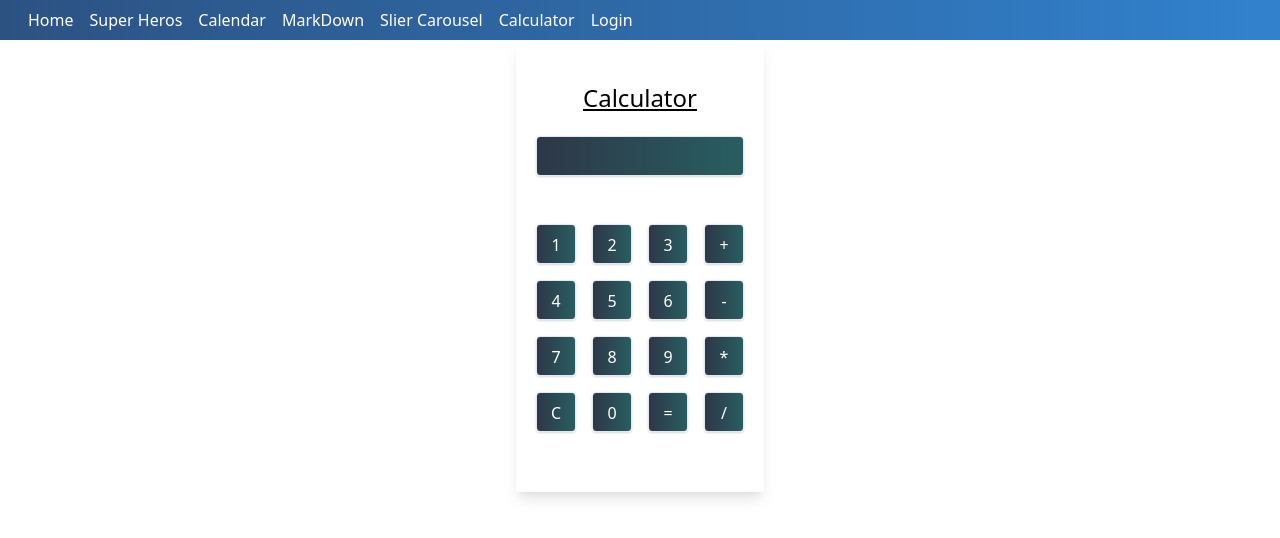
Repository: kshvkndl/VueFullCoursePractice
Page: /calculator
An editor plug-in stored every save of this project. The page is shown before and after the next save, followed by the edit.
The browser window is 1280 px wide. The pictures show the whole page.
The project was rebuilt for these pictures with package versions that can differ from the ones it lists, and the page was loaded fresh each time. Also part of the build but not shown: src/components/login/GoogleLogin.vue, src/components/LoginModal.vue, src/pages/SuperHeros.vue, src/pages/Calender.vue, src/pages/Home.vue, src/utilities/mixins/debounce.js, src/pages/MarkDown.vue, src/pages/Slider.vue.

Above is the page before, as saved 2020-11-24 17:21:31.

### src/main.js
import { createApp } from 'vue'
import App from './App.vue'
import './assets/style.css'
import router from './router'

const app = createApp(App);
app.use(router);
app.mount('#app');

### src/App.vue
<template>
  <AppHeader
    :isLoggedIn="isLoggedIn"
    @open-login-modal="isLoginOpen = true"
  ></AppHeader>
  <div class="w-full flex">
    <router-view></router-view>
  </div>
  <LoginModal
    v-if="isLoginOpen"
    @close-login-modal="isLoginOpen = false"
  ></LoginModal>
  <calculator></calculator>
</template>

<script>
import AppHeader from "@/components/AppHeader";
import LoginModal from "@/components/LoginModal";
import firebase from "@/utilities/firebase";

export default {
  data() {
    return {
      isLoginOpen: false,
      isLoggedIn: false,
      authUser: {},
    };
  },
  mounted() {
    firebase.auth().onAuthStateChanged((user) => {
      if (user) {
        // User is signed in, see docs for a list of available properties
        // https://firebase.google.com/docs/reference/js/firebase.User
        this.isLoggedIn = true;
        this.authUser = user;
        // ...
      } else {
        // User is signed out
        // ...
        this.isLoggedIn = false;
        this.authUser = {};
      }
    });
  },
  components: { AppHeader, LoginModal },
};
</script>

### src/router.js
import { createRouter, createWebHistory } from 'vue-router';
import SuperHeros from '@/pages/SuperHeros'
import Calender from '@/pages/Calender'
import Home from '@/pages/Home'
import MarkDown from '@/pages/MarkDown'
import Slider from '@/pages/Slider'
import Calculator from '@/pages/Calculator'


const routes = [
    { path: '/', component: Home },
    { path: '/super-heros', component: SuperHeros },
    { path: '/calendar', component: Calender },
    { path: '/markdown', component: MarkDown },
    { path: '/slider', component: Slider },
    { path: '/calculator', component: Calculator },
]

const router = createRouter({
    history: createWebHistory(),
    routes,
});
export default router;

### src/components/AppHeader.vue
<template>
  <nav
    class="w-full bg-gradient-to-r from-blue-800 to-blue-600 text-white px-5 py-2"
  >
    <router-link
      class="mx-2"
      v-for="item in list"
      :key="item.to"
      :to="item.to"
      >{{ item.title }}</router-link
    >
    <button v-if="isLoggedIn" class="mx-2" @click="logout">Logout</button>
    <button class="mx-2" v-else @click="$emit('open-login-modal')">
      Login
    </button>
  </nav>
</template>


<script>
import firebase from "@/utilities/firebase";

export default {
  props: { isLoggedIn: Boolean },
  data() {
    return {
      list: [
        { title: "Home", to: "/" },
        { title: "Super Heros", to: "/super-heros" },
        { title: "Calendar", to: "/calendar" },
        { title: "MarkDown", to: "/markdown" },
        { title: "Slier Carousel", to: "/slider" },
        { title: "Calculator", to: "/calculator" },
      ],
    };
  },

  methods: {
    logout() {
      firebase.auth().signOut();
      // .then((res) => {})
      // .catch((e) => {});
    },
  },
};
</script>

### src/utilities/firebase.js
import firebase from "firebase/app";
import "firebase/auth";

//Initialize Firebase in your app:
const firebaseConfig = {
    apiKey: "AIzaSyDjvIW3oj4Y3b7An_zw7nLTcy3s7ri5iV8",
    authDomain: "vue3-10hr-course.firebaseapp.com",
    databaseURL: "https://vue3-10hr-course.firebaseio.com",
    projectId: "vue3-10hr-course",
    storageBucket: "vue3-10hr-course.appspot.com",
    messagingSenderId: "142849199726",
    appId: "1:142849199726:web:1e3863fc8388efd1ade07f"
};

// Initialize Firebase
firebase.initializeApp(firebaseConfig);

export default firebase;

### src/pages/Calculator.vue
<template>
  <section class="flex w-full">
    <div class="m-auto shadow-lg p-5">
      <h1 class="text-2xl text-center mt-5"><u>Calculator</u></h1>
      <p
        class="text-2xl text-right mt-5 mb-2 border rounded shadow w-45 h-10 p-1 overflow-x-hidden text-white bg-gradient-to-r from-gray-800 to-teal-800"
        style="direction: rtl"
      >
        {{ currentNum }}
      </p>

      <div class="h-10">
        <small> {{ prevNum }} {{ selectedOperation }} {{ currentNum }} </small>
      </div>

      <div class="mb-10 grid grid-cols-4 gap-4">
        <button
          @click="buttonPressed('1')"
          class="p-2 border shadow w-10 h-10 rounded text-white bg-gradient-to-r from-gray-800 to-teal-800"
        >
          1
        </button>
        <button
          @click="buttonPressed('2')"
          class="p-2 border shadow w-10 h-10 rounded text-white bg-gradient-to-r from-gray-800 to-teal-800"
        >
          2
        </button>
        <button
          @click="buttonPressed('3')"
          class="p-2 border shadow w-10 h-10 rounded text-white bg-gradient-to-r from-gray-800 to-teal-800"
        >
          3
        </button>
        <button
          @click="buttonPressed('+')"
          class="p-2 border shadow w-10 h-10 rounded text-white bg-gradient-to-r from-gray-800 to-teal-800"
        >
          +
        </button>
        <button
          @click="buttonPressed('4')"
          class="p-2 border shadow w-10 h-10 rounded text-white bg-gradient-to-r from-gray-800 to-teal-800"
        >
          4
        </button>
        <button
          @click="buttonPressed('5')"
          class="p-2 border shadow w-10 h-10 rounded text-white bg-gradient-to-r from-gray-800 to-teal-800"
        >
          5
        </button>
        <button
          @click="buttonPressed('6')"
          class="p-2 border shadow w-10 h-10 rounded text-white bg-gradient-to-r from-gray-800 to-teal-800"
        >
          6
        </button>
        <button
          @click="buttonPressed('-')"
          class="p-2 border shadow w-10 h-10 rounded text-white bg-gradient-to-r from-gray-800 to-teal-800"
        >
          -
        </button>
        <button
          @click="buttonPressed('7')"
          class="p-2 border shadow w-10 h-10 rounded text-white bg-gradient-to-r from-gray-800 to-teal-800"
        >
          7
        </button>
        <button
          @click="buttonPressed('8')"
          class="p-2 border shadow w-10 h-10 rounded text-white bg-gradient-to-r from-gray-800 to-teal-800"
        >
          8
        </button>
        <button
          @click="buttonPressed('9')"
          class="p-2 border shadow w-10 h-10 rounded text-white bg-gradient-to-r from-gray-800 to-teal-800"
        >
          9
        </button>
        <button
          @click="buttonPressed('*')"
          class="p-2 border shadow w-10 h-10 rounded text-white bg-gradient-to-r from-gray-800 to-teal-800"
        >
          *
        </button>
        <button
          @click="buttonPressed('c')"
          class="p-2 border shadow w-10 h-10 rounded text-white bg-gradient-to-r from-gray-800 to-teal-800"
        >
          C
        </button>
        <button
          @click="buttonPressed('0')"
          class="p-2 border shadow w-10 h-10 rounded text-white bg-gradient-to-r from-gray-800 to-teal-800"
        >
          0
        </button>
        <button
          @click="buttonPressed('=')"
          class="p-2 border shadow w-10 h-10 rounded text-white bg-gradient-to-r from-gray-800 to-teal-800"
        >
          =
        </button>
        <button
          @click="buttonPressed('/')"
          class="p-2 border shadow w-10 h-10 rounded text-white bg-gradient-to-r from-gray-800 to-teal-800"
        >
          /
        </button>
      </div>
    </div>
  </section>
</template>

<script>
import { onMounted, onUnmounted, ref } from "vue";
export default {
  setup() {
    const currentNum = ref("");
    const prevNum = ref("");
    const selectedOperation = ref("");
    const operations = ["+", "-", "*", "/"];
    const numbers = ["1", "2", "3", "4", "5", "6", "7", "8", "9", "0"];

    function buttonPressed(value) {
      if (value === "=" || value === "Enter") calculate();

      if (value === "c") clear();
      else if (operations.includes(value)) applyOperation(value);
      else if (numbers.includes(value)) appendNumber(value);
    }

    function appendNumber(value) {
      currentNum.value = currentNum.value + value;
    }

    function applyOperation(value) {
      calculate();
      prevNum.value = currentNum.value;
      currentNum.value = "";
      selectedOperation.value = value;
    }

    function calculate() {
      if (selectedOperation.value === "+") sum();
      else if (selectedOperation.value === "-") subtract();
      else if (selectedOperation.value === "*") multiply();
      else if (selectedOperation.value === "/") divide();

      prevNum.value = "";
      selectedOperation.value = "";
    }
    const sum = () => (currentNum.value = +prevNum.value + +currentNum.value);
    const subtract = () =>
      (currentNum.value = prevNum.value - currentNum.value);
    const multiply = () =>
      (currentNum.value = prevNum.value * currentNum.value);
    const divide = () => (currentNum.value = prevNum.value / currentNum.value);

    const clear = () => (currentNum.value = "");

    const handleKeydown = (e) => buttonPressed(e.key);

    onMounted(() => window.addEventListener("keydown", handleKeydown));

    onUnmounted(() => window.removeEventListener("keydown", handleKeydown));

    return {
      currentNum,
      buttonPressed,
      selectedOperation,
      prevNum,
    };
  },
};
</script>

Loaded but not shown: public/index.html (common file); src/assets/style.css (common file); tailwind.config.js (common file)

After the next save:
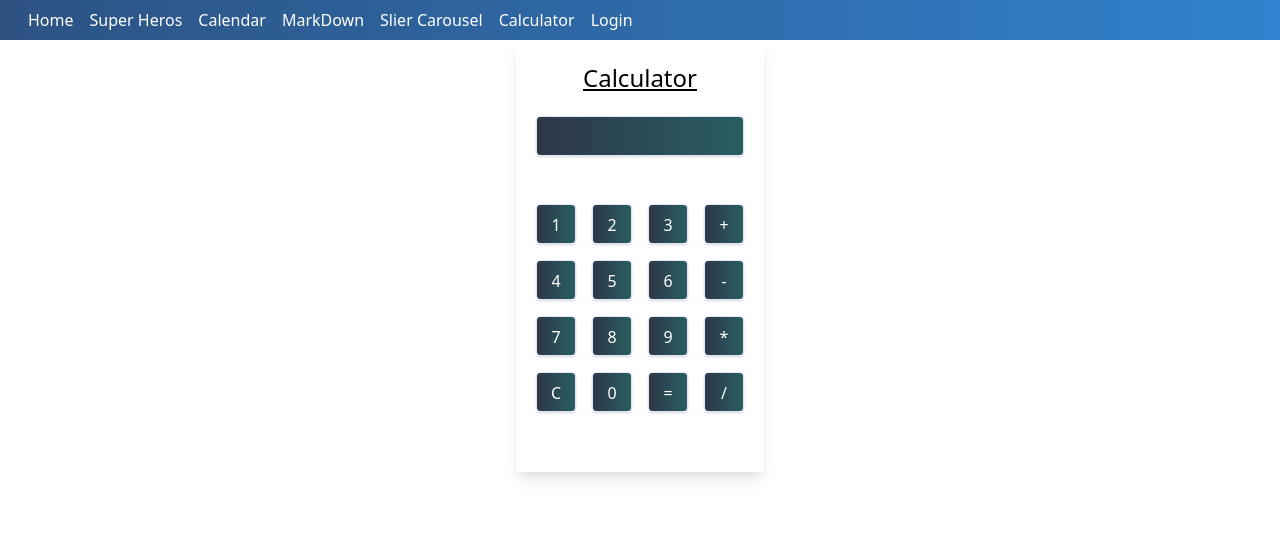
Saved 11 s later.
--- a/src/pages/Calculator.vue
+++ b/src/pages/Calculator.vue
@@ -1,7 +1,7 @@
 <template>
   <section class="flex w-full">
     <div class="m-auto shadow-lg p-5">
-      <h1 class="text-2xl text-center mt-5"><u>Calculator</u></h1>
+      <h1 class="text-2xl text-center"><u>Calculator</u></h1>
       <p
         class="text-2xl text-right mt-5 mb-2 border rounded shadow w-45 h-10 p-1 overflow-x-hidden text-white bg-gradient-to-r from-gray-800 to-teal-800"
         style="direction: rtl"

After the save that followed:
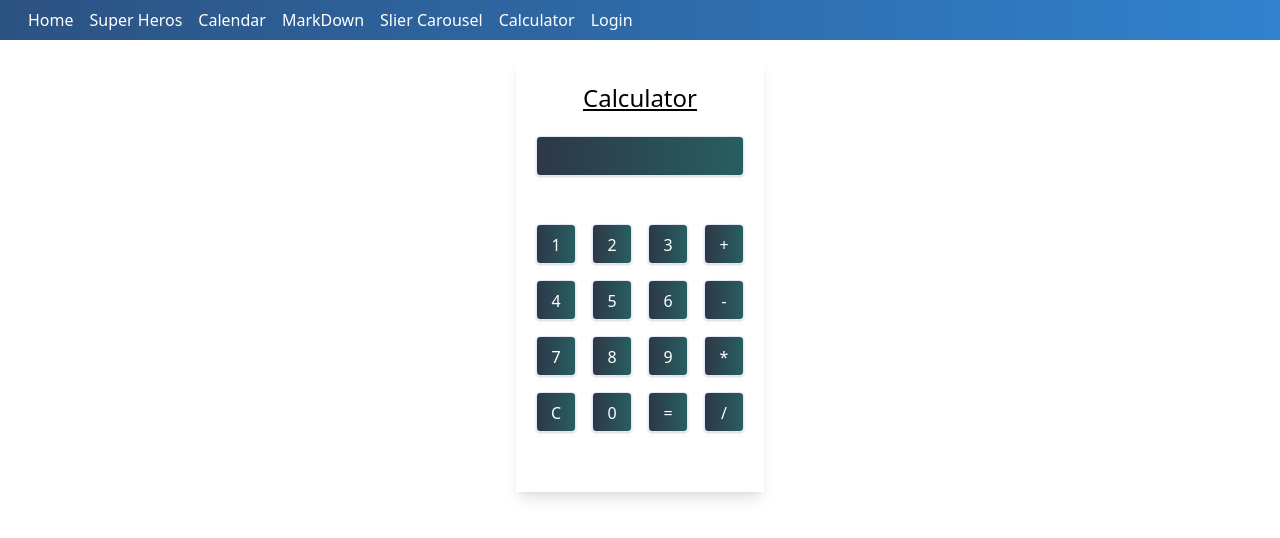
Saved 13 s later.
--- a/src/pages/Calculator.vue
+++ b/src/pages/Calculator.vue
@@ -1,6 +1,6 @@
 <template>
   <section class="flex w-full">
-    <div class="m-auto shadow-lg p-5">
+    <div class="m-auto shadow-lg p-5 mt-5">
       <h1 class="text-2xl text-center"><u>Calculator</u></h1>
       <p
         class="text-2xl text-right mt-5 mb-2 border rounded shadow w-45 h-10 p-1 overflow-x-hidden text-white bg-gradient-to-r from-gray-800 to-teal-800"
